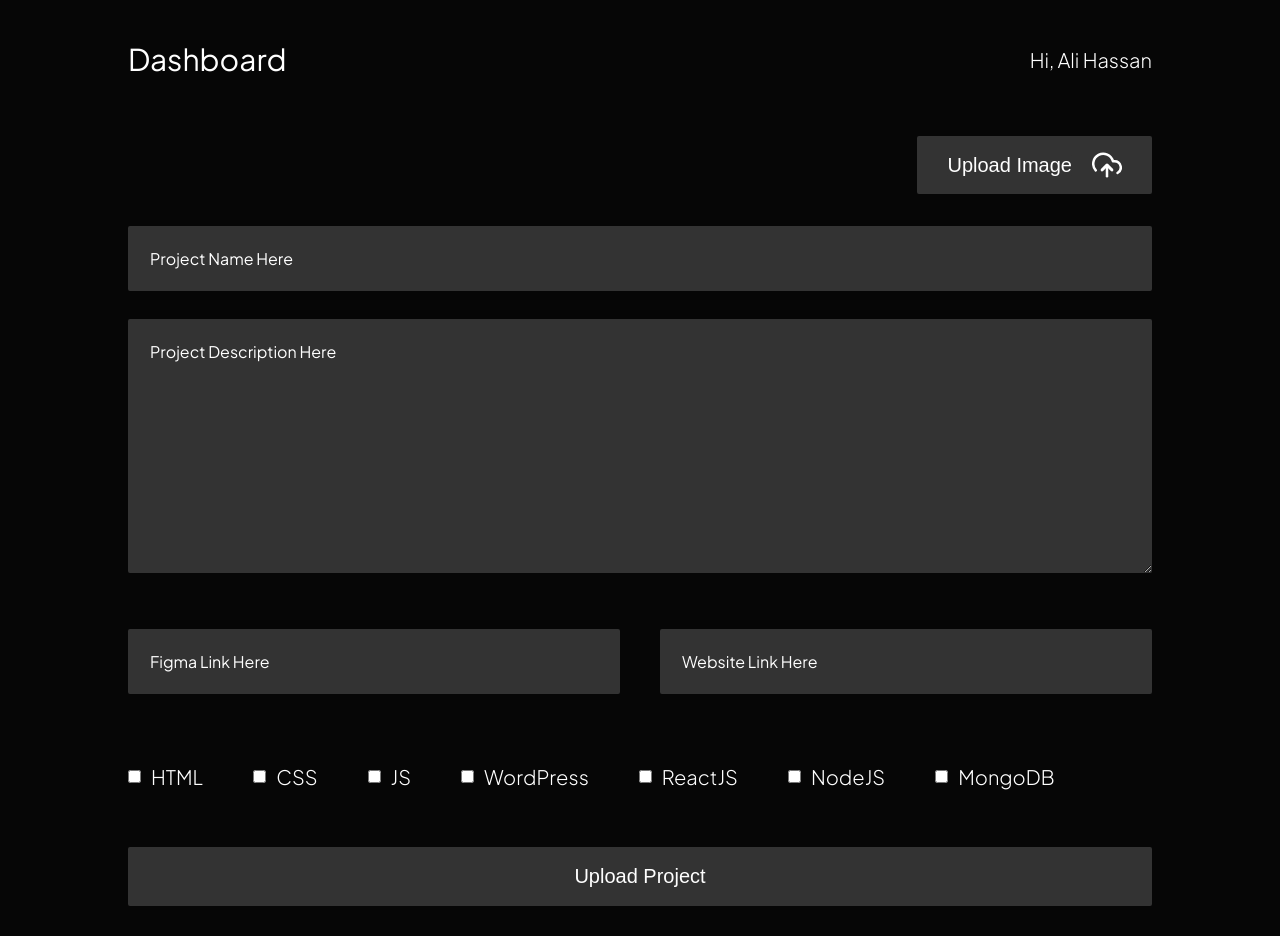
Repository: AliHassan02-Dev/PORTFOLIO
Page: /AdminDashborad (app in Front-end/)
These files come from the project's save history. The page is drawn as it stood at one moment and after a run of saves; the edit follows.
The browser window is 1280 px wide. The pictures show the whole page.
The project was rebuilt for these pictures with package versions that can differ from the ones it lists, and the page was loaded fresh each time. Also part of the build but not shown: Front-end/vite.config.js, Front-end/src/Pages/Home.jsx, Front-end/src/Pages/About.jsx, Front-end/src/Components/Footer.jsx, Front-end/src/Components/Navbar.jsx, Front-end/src/data.js, Front-end/src/Components/ProjectsBox.jsx, Front-end/src/App.jsx and 5 more.

Above is the page before, as saved 2024-08-31 22:27:47.

### Front-end/src/main.jsx
import React from 'react'
import ReactDOM from 'react-dom/client'
import App from './App.jsx'
import './App.css'
import { BrowserRouter, Route, Routes } from 'react-router-dom'
import AllProjects from './Pages/AllProjects.jsx'
import ProjectPreview from './Components/ProjectPreview.jsx'
import Login from './Pages/Login.jsx'
import { Register } from './Pages/Register.jsx'
import AdminDashboard from './Pages/AdminDashboard.jsx'

ReactDOM.createRoot(document.getElementById('root')).render(
  <>
    <BrowserRouter>
      <Routes>
        <Route path='/' element={<App />} />
        <Route path='/Login' element={<Login />} />
        <Route path='/Register' element={<Register />} />
        <Route path='/AdminDashborad' element={<AdminDashboard />} />
        <Route path='/Projects' element={<AllProjects />} />
        <Route path='/projects/projectPreview' element={<ProjectPreview />} />
      </Routes>
    </BrowserRouter>
  </>
)

### Front-end/src/Pages/AdminDashboard.jsx
import React, { useState } from "react";
import { FiUploadCloud } from "react-icons/fi";

const AdminDashboard = () => {
  const [projectData, setProjectData] = useState({
    projectName: "",
    projectDesc: "",
    figmaLink: "",
    websiteLink: "",
  });

  const handleEvent = (e) => {
    const name = e.target.name;
    const value = e.target.value;
    const checked = e.target.checked;

    setProjectData({
      ...projectData,
      [name]: value,
    });

    // if (checked) {
    //   setProjectData()
    // }
  };

  const handleSubmit = (e) => {
    e.preventDefault();

    console.log(projectData);
  };

  return (
    <div className="dashboardWrapper">
      <div className="dashboardContainer">
        <div className="topBar">
          <div className="left">
            <h2>Dashboard</h2>
          </div>
          <div className="right">
            <h2>Hi, Ali Hassan</h2>
          </div>
        </div>
        <div className="midContainer">
          <div className="imageBox">
            <div className="image">
              <FiUploadCloud className="uploadIcon" />
              <input
                type="file"
                accept="image/*"
                // ref={fileInputRef}
                style={{ display: "none" }}
                // onChange={handleFileChange}
              />
              <button>Upload Image</button>
            </div>
          </div>

          <input
            type="text"
            name="projectName"
            placeholder="Project Name Here"
            value={projectData.projectName}
            onChange={handleEvent}
          />
          <textarea
            name="projectDesc"
            cols="30"
            rows="10"
            placeholder="Project Description Here"
            value={projectData.projectDesc}
            onChange={handleEvent}
          ></textarea>

          <div className="linksBox">
            <input
              type="text"
              id="figmaLinkk"
              name="figmaLink"
              placeholder="Figma Link Here"
              value={projectData.figmaLink}
              onChange={handleEvent}
            />
            <input
              type="text"
              id="websiteLinkk"
              name="websiteLink"
              placeholder="Website Link Here"
              value={projectData.websiteLink}
              onChange={handleEvent}
            />
          </div>

          <div className="skillBox">
            <div className="skillBar">
              <input
                type="checkbox"
                name="Html"
                // value={projectData.Html}
                value="Html"
                onChange={handleEvent}
              />
              <p>HTML</p>
            </div>
            <div className="skillBar">
              <input
                type="checkbox"
                name="Css"
                // value={projectData.Css}
                value="Css"
                onChange={handleEvent}
              />

              <p>CSS</p>
            </div>
            <div className="skillBar">
              <input
                type="checkbox"
                name="Js"
                // value={projectData.Js}
                value="Js"
                onChange={handleEvent}
              />

              <p>JS</p>
            </div>
            <div className="skillBar">
              <input
                type="checkbox"
                name="Wordpress"
                // value={projectData.Wordpress}
                value="Wordpress"
                onChange={handleEvent}
              />
              <p>WordPress</p>
            </div>
            <div className="skillBar">
              <input
                type="checkbox"
                name="React"
                // value={projectData.React}
                value="ReactJs"
                onChange={handleEvent}
              />
              <p>ReactJS</p>
            </div>
            <div className="skillBar">
              <input
                type="checkbox"
                name="Node"
                // value={projectData.Node}
                value="NodeJs"
                onChange={handleEvent}
              />
              <p>NodeJS</p>
            </div>
            <div className="skillBar">
              <input
                type="checkbox"
                name="MongoDb"
                // value={projectData.MongoDb}
                value="MongoDB"
                onChange={handleEvent}
              />
              <p>MongoDB</p>
            </div>
          </div>

          <button onClick={handleSubmit}>Upload Project</button>
        </div>
      </div>
    </div>
  );
};

export default AdminDashboard;

### Front-end/src/Pages/Skills.jsx
import React from "react";
import { TiHtml5 } from "react-icons/ti";
import { IoLogoCss3 } from "react-icons/io5";
import { SiJavascript } from "react-icons/si";
import { FaFigma } from "react-icons/fa6";
import { IoLogoWordpress } from "react-icons/io5";
import { FaNode } from "react-icons/fa6";
import { IoLogoReact } from "react-icons/io5";
import { SiMongodb } from "react-icons/si";

const skillsData = [
  {
    id: "1",
    skill: "HTML",
    aniClassName: "leftSide",
    logo: <TiHtml5 className="skillLogo" />,
  },
  {
    id: "2",
    skill: "CSS",
    aniClassName: "rightSide",
    logo: <IoLogoCss3 className="skillLogo" />,
  },
  {
    id: "3",
    skill: "JavaScript",
    aniClassName: "leftSide",
    logo: <SiJavascript className="skillLogo" />,
  },
  {
    id: "4",
    skill: "Figma",
    aniClassName: "rightSide",
    logo: <FaFigma className="skillLogo" />,
  },
  {
    id: "5",
    skill: "WordPess",
    aniClassName: "leftSide",
    logo: <IoLogoWordpress className="skillLogo" />,
  },
  {
    id: "6",
    skill: "ReactJs | ViteJs",
    aniClassName: "rightSide",
    logo: <FaNode className="skillLogo" />,
  },
  {
    id: "7",
    skill: "NodeJs",
    aniClassName: "leftSide",
    logo: <IoLogoReact className="skillLogo" />,
  },
  {
    id: "8",
    skill: "MongoDB",
    aniClassName: "rightSide",
    logo: <SiMongodb className="skillLogo" />,
  },
];

const Skills = () => {
  return (
    <div className="skillsContainer containers">
      <div className="top">
        <div className="left">
          <h2>MY SKILLS</h2>
        </div>
        <div className="right">
          <p>
            Building dynamic, user-focused web solutions with precision,
            creativity, and technical excellence.
          </p>
        </div>
      </div>
      <div className="bottom">
        {skillsData.map((elem, idx) => {
          return (
            <div className={`skillBar ${elem.aniClassName}`}>
              <div className="line"></div>
              <div className="left">
                <p>{elem.id}</p>
                <h2>{elem.skill}</h2>
              </div>
              <div className="right">{elem.logo}</div>
            </div>
          );
        })}
      </div>
    </div>
  );
};

export default Skills;

Loaded but not shown: Front-end/index.html (common file); Front-end/src/App.css (1580 lines, source omitted)

After the next 2 saves:
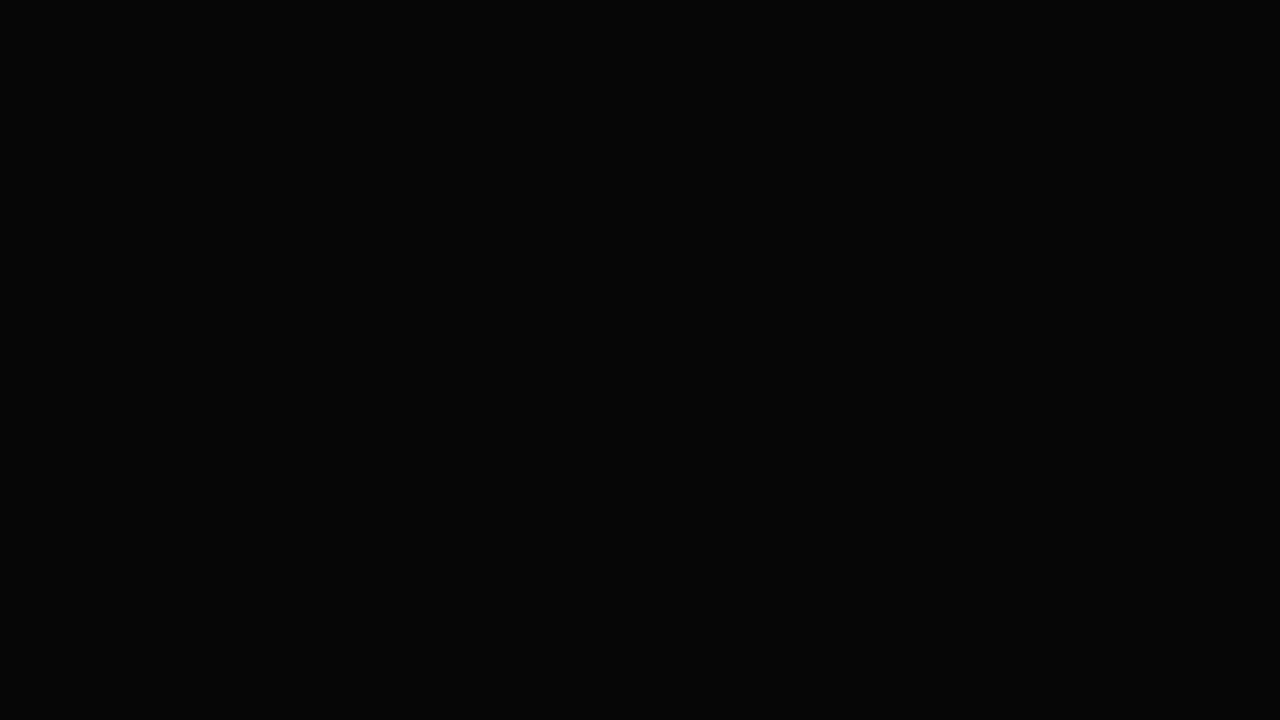
Console error: ReferenceError: useRef is not defined
The 2 saves are shown as one change because they came seconds apart.
The last was saved 2 min 56 s later.
--- a/Front-end/src/Pages/AdminDashboard.jsx
+++ b/Front-end/src/Pages/AdminDashboard.jsx
@@ -9,6 +9,25 @@
     websiteLink: "",
   });
 
+  // FOR IMAGE UPLOADING
+  const [image, setImage] = useState("");
+  const fileInputRef = useRef(null);
+  const handleButtonClick = () => {
+    fileInputRef.current.click();
+  };
+  const handleFileChange = (e) => {
+    var reader = new FileReader();
+    reader.readAsDataURL(e.target.files[0]);
+    reader.onload = () => {
+      // console.log(reader.result)
+      setImage(reader.result);
+    };
+    reader.onerror = () => {
+      console.log("Error", error);
+    };
+  };
+  // FOR IMAGE UPLOADING/////////////////////////
+
   const handleEvent = (e) => {
     const name = e.target.name;
     const value = e.target.value;
@@ -18,10 +37,6 @@
       ...projectData,
       [name]: value,
     });
-
-    // if (checked) {
-    //   setProjectData()
-    // }
   };
 
   const handleSubmit = (e) => {

After the 4 saves that followed:
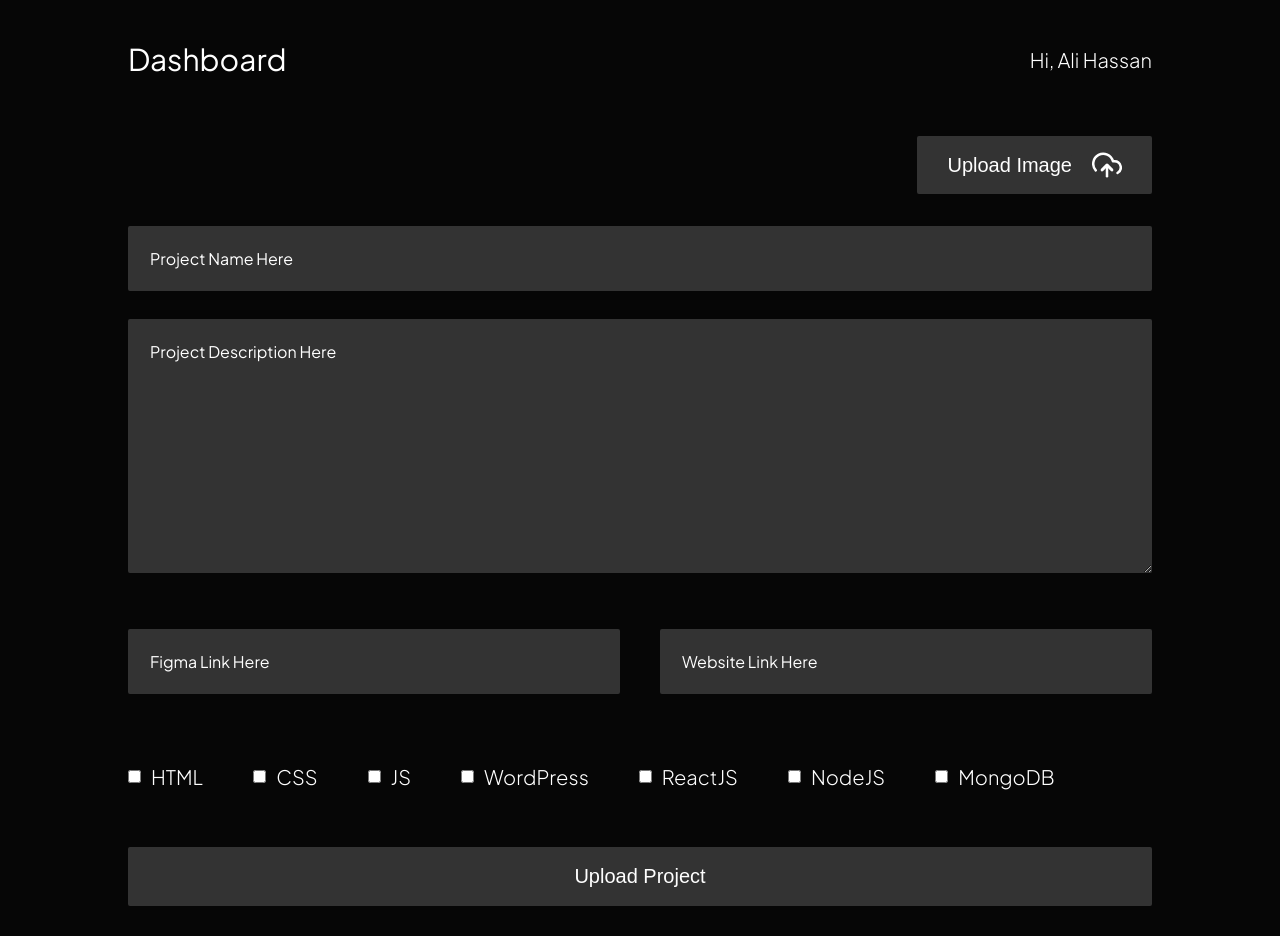
The error is gone.
The 4 saves are shown as one change because 3 left the picture as it was.
The last was saved 2 min 34 s later.
--- a/Front-end/src/Pages/AdminDashboard.jsx
+++ b/Front-end/src/Pages/AdminDashboard.jsx
@@ -1,4 +1,4 @@
-import React, { useState } from "react";
+import React, { useRef, useState } from "react";
 import { FiUploadCloud } from "react-icons/fi";
 
 const AdminDashboard = () => {
@@ -10,8 +10,9 @@
   });
 
   // FOR IMAGE UPLOADING
-  const [image, setImage] = useState("");
+  const [projectImage, setProjectImage] = useState("");
   const fileInputRef = useRef(null);
+
   const handleButtonClick = () => {
     fileInputRef.current.click();
   };
@@ -19,19 +20,19 @@
     var reader = new FileReader();
     reader.readAsDataURL(e.target.files[0]);
     reader.onload = () => {
-      // console.log(reader.result)
-      setImage(reader.result);
+      setProjectImage(reader.result);
     };
     reader.onerror = () => {
       console.log("Error", error);
     };
+
+    console.log(projectImage);
   };
   // FOR IMAGE UPLOADING/////////////////////////
 
   const handleEvent = (e) => {
     const name = e.target.name;
     const value = e.target.value;
-    const checked = e.target.checked;
 
     setProjectData({
       ...projectData,
@@ -63,11 +64,11 @@
               <input
                 type="file"
                 accept="image/*"
-                // ref={fileInputRef}
+                ref={fileInputRef}
                 style={{ display: "none" }}
-                // onChange={handleFileChange}
+                onChange={handleFileChange}
               />
-              <button>Upload Image</button>
+              <button onClick={handleButtonClick}>Upload Image</button>
             </div>
           </div>
 
